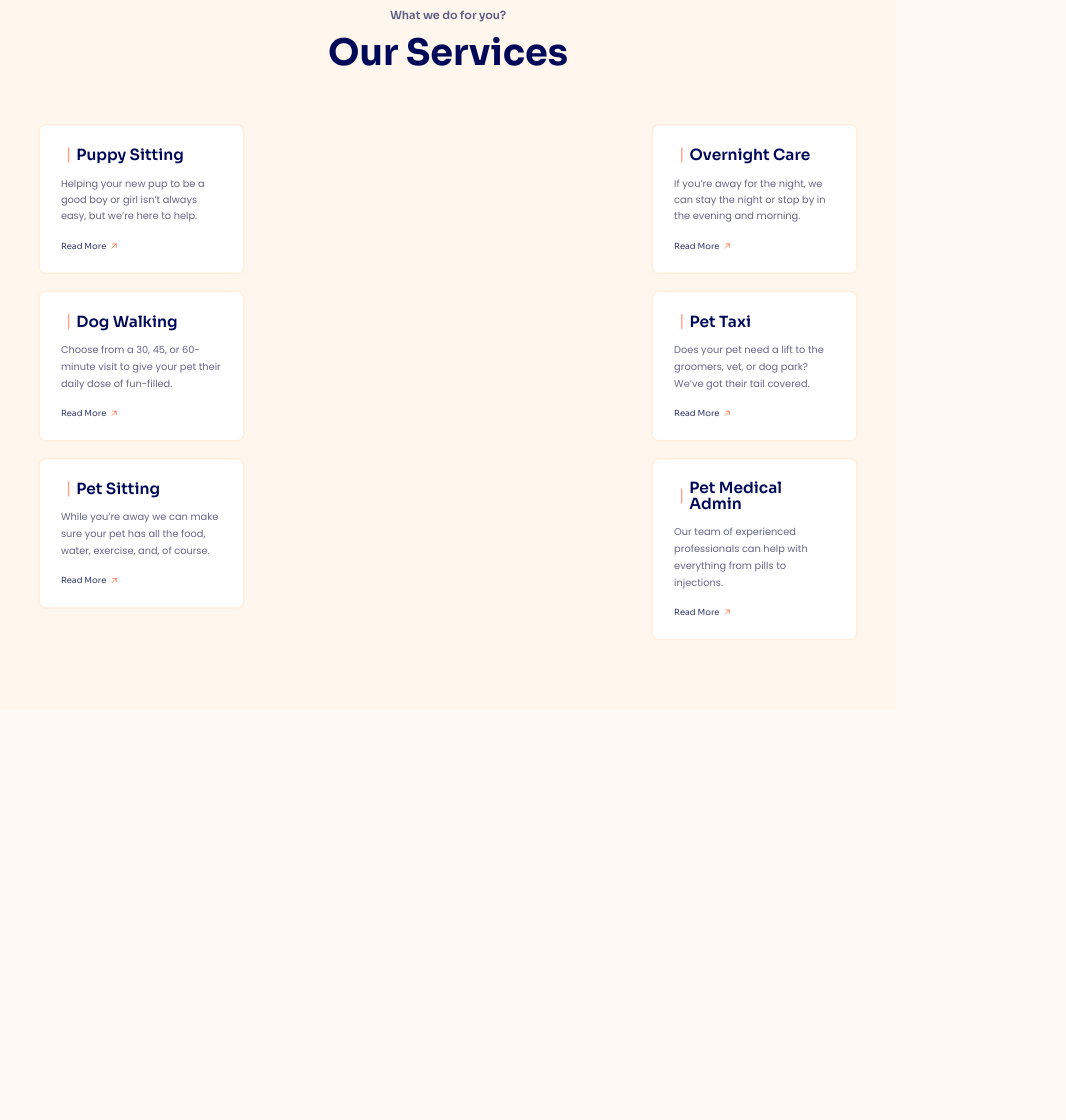
Repository: anhtien111198/f8-htmlcss-04
Page: index.html
The author's editor kept a copy of each file at every save. The page is drawn from the files as they stood at one save, then again after the next save.
The browser window is 1280 px wide. The page is 1280 px wide, then 1523 px, so the pictures cover 1523 px, including what lies to the right of the window. The pictures show the part of the page from y = 2338 to 3938 px (the page is 5000 px tall), at 70% of full size.

Above is the page before, as saved 2023-05-18 17:49:05.

After the next save:
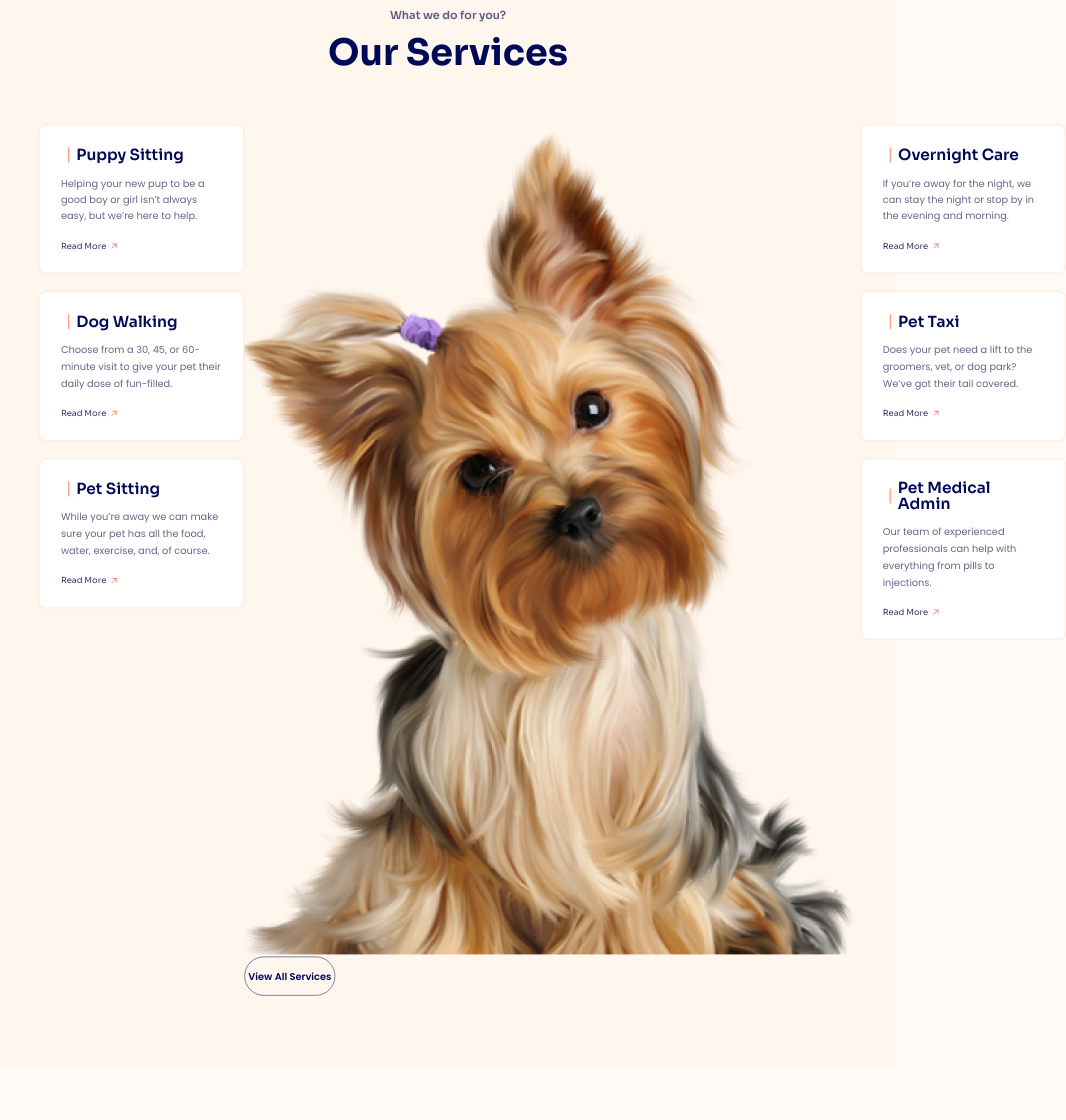
Saved 4 min 20 s later.
--- a/index.html
+++ b/index.html
@@ -482,7 +482,20 @@
                                 </a>
                             </article>
                         </div>
-                        <div class="service__column"></div>
+                        <div class="service__column">
+                            <figure class="service__media">
+                                <img
+                                    src="./assets/images/service-01.png"
+                                    alt=""
+                                    class="service__img"
+                                />
+                            </figure>
+                            <div class="service__cta-wrap">
+                                <a href="#!" class="service__cta btn"
+                                    >View All Services</a
+                                >
+                            </div>
+                        </div>
                         <div class="service__column">
                             <!-- service item 4 -->
                             <article class="service-item">
